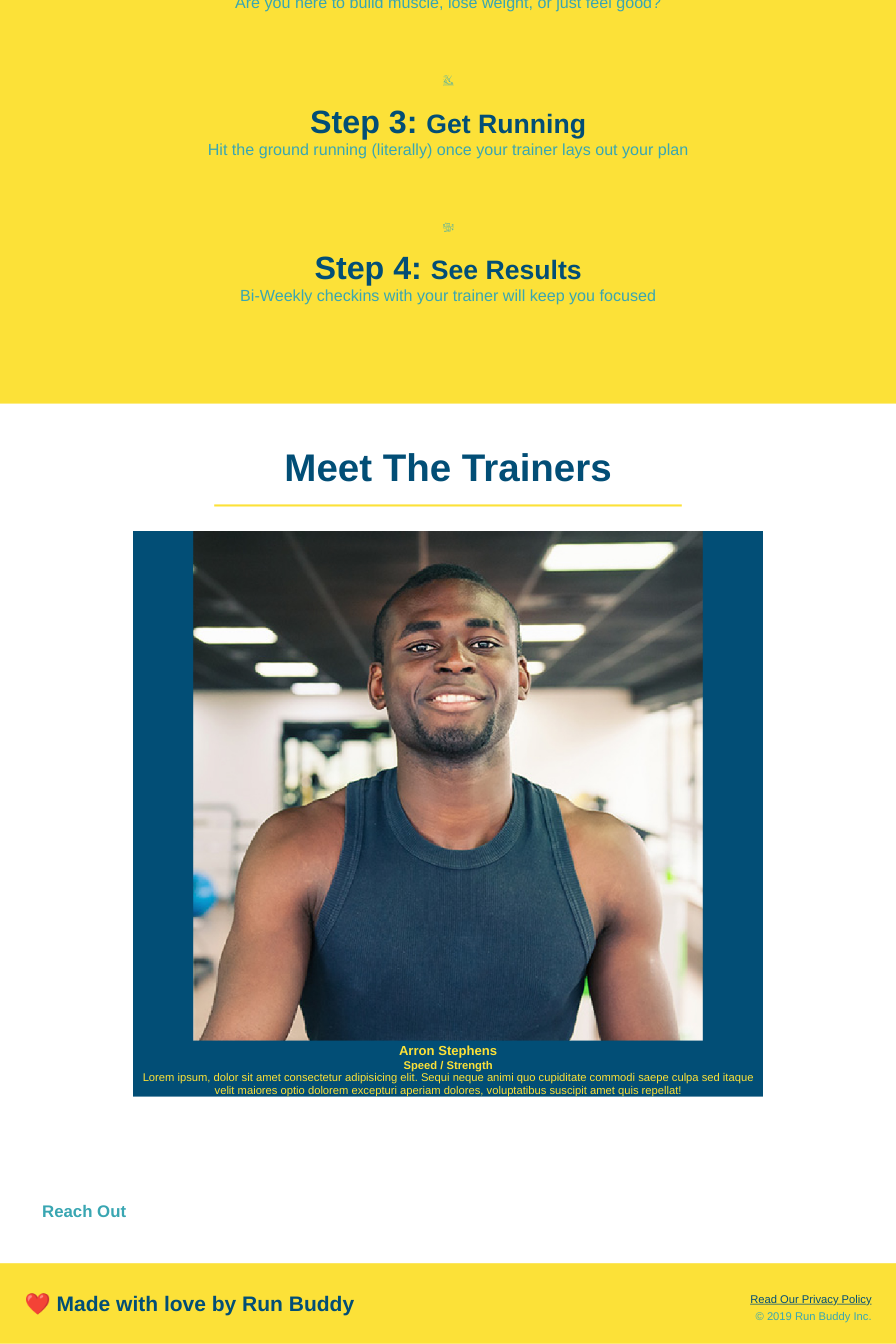
Repository: symlara/run-buddy
Page: index.html
These files come from the project's save history. The page is drawn as it stood at one moment and after a run of saves; the edit follows.
The browser window is 1280 px wide. The pictures show the part of the page from y = 1681 to 3601 px (the page is 3601 px tall before and 2869 px after), at 70% of full size.

Above is the page before, as saved 2020-12-10 14:13:03.

### index.html
<!DOCTYPE html>
<html lang="en">
    <head>
        <link rel="stylesheet" href="./assets/css/style.css" />
        <meta charset="UTF-8"/>
        <title>Run Buddy</title>
    </head>
    <body>
        <!-- navigation -->
        <header>
        <a href="/"><h1>RUN BUDDY</h1></a>
        <nav>
            <!-- Unordered list element -->
            <ul>
                <!-- List item element -->
                <li>
                    <!-- Anchor Element -->
                    <a href="#what-we-do">What We Do</a>
                </li>
                <li>
                    <a href="#what-you-do">What You Do</a>
                </li>
                <li>
                    <a href="#your-trainers">Your Trainers</a>
                </li>
                <li>
                    <a href="#reach-out">Reach Out</a>
                </li>
            </ul>
        </nav>
        </header>

        <!-- hero section -->
        <section class="hero">
        <div class="hero-form">
            <h3>Get Started Today</h3>
            <p>Fill out this form and one of our trainers will schedule a consult</p>
            <!-- Add form elements -->
            <form>
                <label for="name">Enter full name:</label>
                <input type="text" placeholder="Your Name" name="name" id="name" class="form-input" />
                <label for="email">Enter Email Address:</label>
                <input type="email" placeholder="Email Address" name="email" id="email" class="form-input" />
                <label for="phone">Enter a telephone number</label>
                <input type="tel" placeholder="Phone Number" name="phone" id="phone" class="form-input" />
                <p>
                    Have you worked out with a trainer before?
                    <input type="radio" name="trainer-confirm" id="trainer-yes" />
                    <label for="trainer-yes">Yes</label>
                    <input type="radio" name="trainer-confirm" id="trainer-no" />
                    <label for="trainer-no">No</label>
                </p>
                <p>
                    <label for="checkbox">
                    I acknowledge that I am at least 18 years of age.
                    </label>
                    <input type="checkbox" name="age-confirm" id="checkbox" />
                </p>
                <button type="submit">
                    Get running!
                </button>
            </form>
        </div>
    </section>
    <!-- end hero -->

        <!-- hero/jumbotron -->
        <section></section>

        <!-- "what we do" section -->
        <section id="what-we-do" class="intro">
            <h2 class="section-title primary-border">What We Do</h2>
            <p>
                butcher selfies chambray shabby chic gentrify readymade yr Echo Park XOXO Tumblr normcore Banksy direct trade Blue Bottle chillwave you probably haven't heard of them single-origin coffee Vice fanny pack fixie Odd Future Austin fingerstache pickled twee synth Wes Anderson Thundercats viral bitters flannel meggings narwhal Marfa Schlitz sustainable Intelligentsia umami deep v craft
            </p>
        </section>

        <!-- "what you do" section -->
        <section id="what-you-do" class="steps">
            <h2 class="section-title secondary-border">What You Do</h2>

            <div>
                <!-- insert this img element -->
                <img src="./assets/images/step-1.svg" alt="" />
                <h3>Step 1: <span>Fill Out the Form Above.</span></h3>
                <p>You're already here, so why not?</p>
            </div>

            <div>
                <!-- insert this img element -->
                <img src="./assets/images/step-2.svg" alt="" />
                <h3>Step 2: <span>Consult with One of Our Trainers.</span></h3>
                <p>Are you here to build muscle, lose weight, or just feel good?</p>
            </div>

            <div>
                <!-- insert this img element -->
                <img src="./assets/images/step-3.svg" alt="" />
                <h3>Step 3: <span>Get Running</span></h3>
                <p>Hit the ground running (literally) once your trainer lays out your plan</p>
            </div>

            <div>
                <!-- insert this img element -->
                <img src="./assets/images/step-4.svg" alt="" />
                <h3>Step 4: <span>See Results</span></h3>
                <p>Bi-Weekly checkins with your trainer will keep you focused</p>
            </div>
        </section>

        <!-- "meet the trainers" section -->
        <section id="your-trainers" class="trainers">
            <h2 class="section-title primary-border">Meet The Trainers

            </h2>
            <article class="trainer">
                <img src="./assets/images/trainer-1.jpg" alt="Arron Stephens in his workout clothes, ready to pump iron" />
                <div class="trainer-bio">
                    <h3>Arron Stephens</h3>
                    <h4>Speed / Strength</h4>
                    <p>
                        Lorem ipsum, dolor sit amet consectetur adipisicing elit. Sequi neque animi quo cupiditate commodi saepe culpa sed
                        itaque velit maiores optio dolorem excepturi aperiam dolores, voluptatibus suscipit amet quis repellat!
                    </p>
                </div>
            </article>
        </section>

        <!-- "reach out" section -->
        <section>
            <h2>Reach Out</h2>
        </section>

        <!-- footer -->
        <footer>
            <h2>❤️ Made with love by Run Buddy</h2>
            <div>
                <a href="#">Read Our Privacy Policy</a><br />
                &copy; 2019 Run Buddy Inc.
            </div>
        </footer>
    </body>

    </html>

### assets/css/style.css
* {
    margin: 0;
    padding: 0;
    box-sizing: border-box;
}


body {
    /* more on this crazy alphanumerical value in a minute */
    color: #39a6b2;
    font-family: Helvetica, Arial, sans-serif;
}

/* apply styles to header */
header {
    padding: 20px 35px;
    background-color: #39a6b2;
}

header h1 {
    font-weight: bold;
    font-size: 36px;
    color: #fce138;
    margin: 0;
    display: inline;
}

header a {
    text-decoration: none;
    color: #fce138;
}

header nav {
    float: right;
    margin: 7px 0;
}

header nav ul li {
    display: inline;
}

header nav ul li a {
    margin: 0 30px;
    font-weight: lighter;
    font-size: 22px;
}

footer {
    background: #fce138;
    width: 100%;
    padding: 40px 35px;
  }

footer h2 {
    display: inline;
    color: #024e76;
    font-size: 30px;
    margin: 0;
}

footer div {
    float: right;
    line-height: 1.5;
    text-align: right;
}

footer a {
    color: #024e76;
}

section {
    padding: 60px;
}

/* Hero Style Start */
.hero {
    background-image: url("../images/hero-bg.jpg");
    height: 600px;
    background-size: cover;
    background-position: center;
    position: relative;
}
/*The height property fixed at 600px gives an exact size of the section, which is important in this context to allow room for the sign-up form.*/


.hero-form {
    border: solid 3px #024e76;
    background-color: #fce138;
    padding: 20px;
    width: 500px;
    color: #024e76;
    position: absolute;
    bottom: 120px;
    right: 140px;
}

.hero-form h3 {
    font-size: 24px;
    margin: 0;
}

.hero-form p {
    margin: 5px 0 15px 0;
}

.form-input {
    border: 1px solid #024e76;
    display: block;
    padding: 7px 15px;
    font-size: 16px;
    color: #024e76;
    width: 100%;
    margin-bottom: 15px;
}

.hero-form label {
    margin: 0 5px;
}

.hero-form button {
    color: #fce138;
    background-color: #024e76;
    border: none;
    padding: 10px 20px;
    font-size: 16px;
}
/* Hero Style End */

/*What We Do Section */
.intro {
    text-align: center;
}

.intro p {
    line-height: 1.7;
    color: #39a6b2;
    width: 80%;
    font-size: 20px;
    margin: 0 auto;
}

/*What We Do End*/

.section-title {
    display: inline-block;
    font-size: 55px;
    color: #024e76;
    margin-bottom: 35px;
    padding: 0 100px 20px 100px;
    border-bottom: 3px solid;
}

.primary-border {
    border-color: #fce138;
}

.secondary-border {
    border-color: #39a6b2;
}

/* What You Do Section */
.steps {
    text-align: center;
    background: #fce138;
}

.steps div {
    margin-bottom: 80px;
}

.steps img {
    width: 15px;
    margin: 10px 0;
}

.steps h3 {
    color: #024e76;
    font-size: 46px;
    margin-top: 10px;
}

.steps p {
    color: #39a6b2;
    font-size: 23px;
}

.steps span {
    font-size: 38px;
}


/* What You Do End */

/* Your Trainers Section */
.trainers {
    text-align: center;
}

.trainer {
    width: 900px;
    margin: 0 auto 30px auto;
    background: #024e76;
    color: #fce138;
}

.trainer img {

}

/* Your Trainers Section End */

After the next 6 saves:
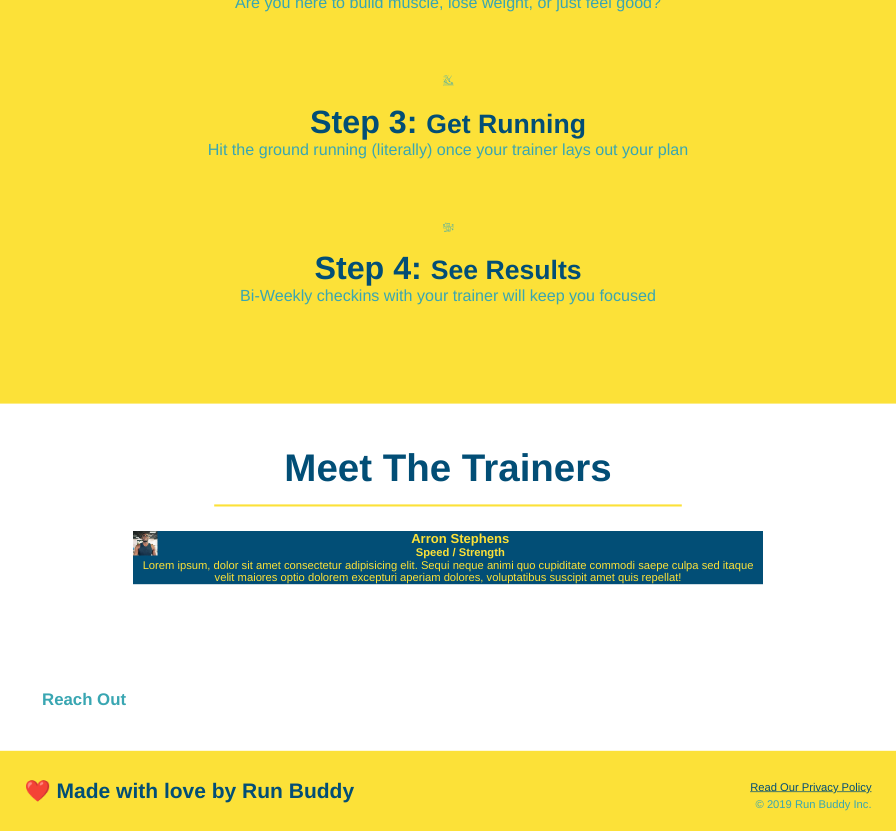
The 6 saves are shown as one change because they came seconds apart.
The last was saved 14 s later.
--- a/assets/css/style.css
+++ b/assets/css/style.css
@@ -204,7 +204,8 @@ section {
 }
 
 .trainer img {
-
+    width: 35px;
+    float: left;
 }
 
 /* Your Trainers Section End */
